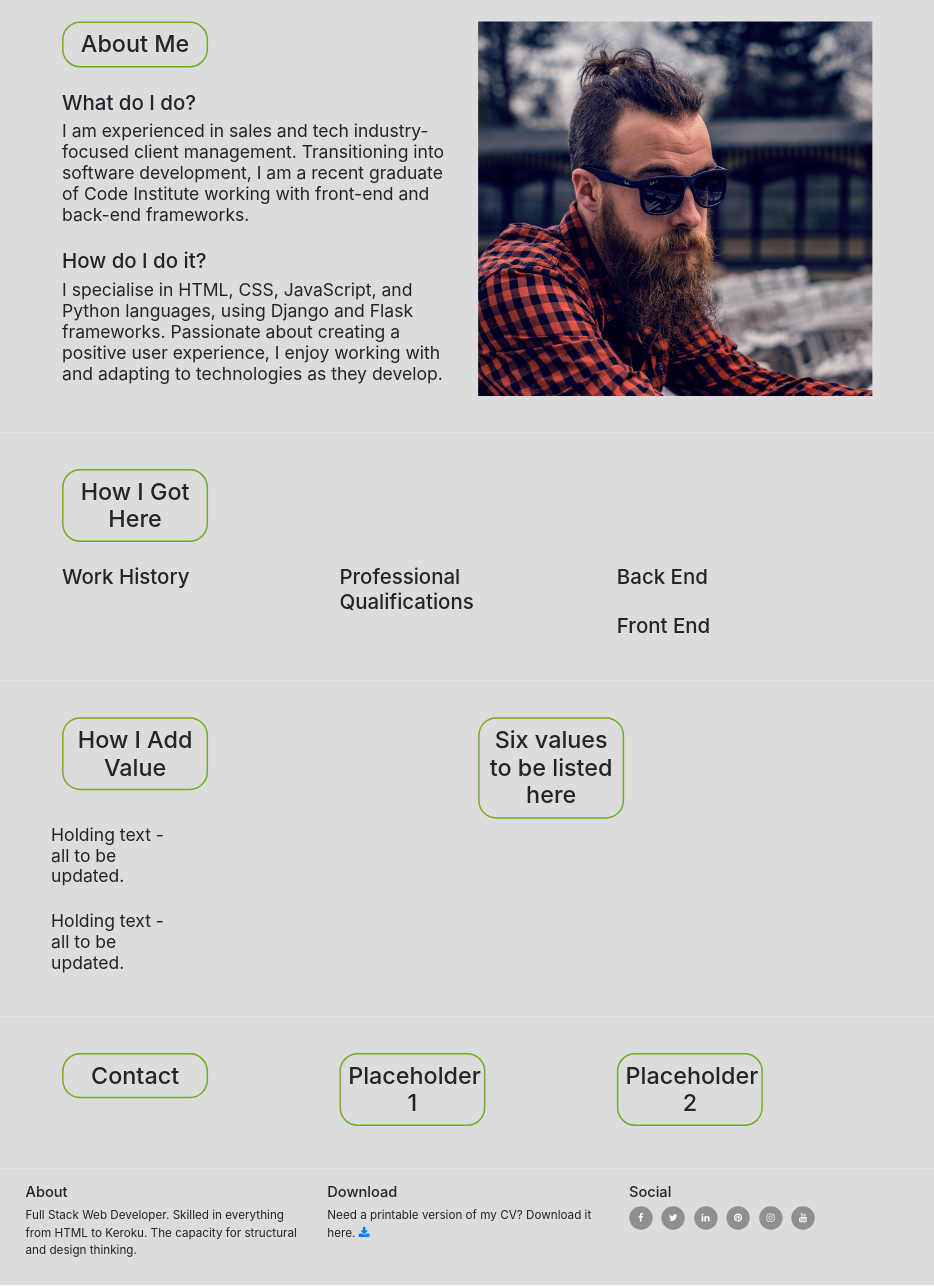
Repository: tenerim/first-milestone
Page: index.html
The author's editor kept a record of every edit. The page is drawn from the files as they stood at one moment, then again after the next edit.
The browser window is 1280 px wide. The pictures show the part of the page from y = 1257 to 3018 px (the page is 3018 px tall), at 73% of full size.
A picture or video elsewhere on the page could not be fetched, so the positions and the page height are approximate.

Above is the page before.

### index.html
<!DOCTYPE html>
<html lang="en">

<head>
    <meta charset="UTF-8">
    <meta name="viewport" content="width=device-width, initial-scale=1.0">
    <meta http-equiv="X-UA-Compatible" content="ie=edge">
    <link rel="stylesheet" href="https://stackpath.bootstrapcdn.com/bootstrap/4.3.1/css/bootstrap.min.css" type="text/css" />
    <link href="https://stackpath.bootstrapcdn.com/bootstrap/4.3.1/css/bootstrap.min.css" rel="stylesheet" integrity="sha384-ggOyR0iXCbMQv3Xipma34MD+dH/1fQ784/j6cY/iJTQUOhcWr7x9JvoRxT2MZw1T" crossorigin="anonymous">
    <link rel="stylesheet" href="https://stackpath.bootstrapcdn.com/font-awesome/4.7.0/css/font-awesome.min.css" type="text/css" />
    <link href="https://stackpath.bootstrapcdn.com/font-awesome/4.7.0/css/font-awesome.min.css" rel="stylesheet" integrity="sha384-wvfXpqpZZVQGK6TAh5PVlGOfQNHSoD2xbE+QkPxCAFlNEevoEH3Sl0sibVcOQVnN" crossorigin="anonymous">
    <link rel="stylesheet" href="assets/css/style.css" type="text/css" />
    <title>MT Milestone Project 1</title>

</head>

<body>
    <!-------------------------------------------------------------Intro Page -->
    <header id="welcome-page">

        <!-------------------------------------Navigation Bar------>

        <nav class="navbar navbar-expand-lg navbar-light bg-light">
            <a class="navbar-brand" href="#"></a>
            <button class="navbar-toggler" type="button" data-toggle="collapse" data-target="#navbarNav" aria-controls="navbarNav" aria-expanded="false" aria-label="Toggle navigation">
	    <span class="navbar-toggler-icon"></span>
	  </button>
            <div class="container">
                <div class="collapse navbar-collapse" id="navbarNav">
                    <ul class="navbar-nav .justify-content-center">
                        <li class="nav-item active">
                            <a class="nav-link" href="#">About Me <span class="sr-only">(current)</span></a>
                        </li>
                        <li class="nav-item">
                            <a class="nav-link" href="#">How I Got Here</a>
                        </li>
                        <li class="nav-item">
                            <a class="nav-link" href="#">How I Add Value</a>
                        </li>
                        <li class="nav-item">
                            <a class="nav-link" href="#">Contact</a>
                        </li>
                        <li class="nav-item">
                            <a class="nav-link disabled" href="#" tabindex="-1" aria-disabled="true"></a>
                        </li>
                    </ul>
                </div>
            </div>
        </nav>
        <!-------------------------------------Image and Text ----->

        <img src="images/city.jpg" alt="city" style="width:100%; height:auto;"></img>

        <div class="container-fluid">
            <div class="row">
                <div class="container">
                    <div class="text-right">
                        <h1 class="display-4">Michael Tenerife</h1>
                        <p class="lead">Full Stack Web Developer</p>
                    </div>
                </div>
            </div>
        </div>

    </header>

    <!-------------------------------------------------------------About Me Page -->

    <section id="about-me" ; class="splash" ;>

        <div class="container">
            <div class="row">
                <div class="col-6">
                    <h2 class="headbox">About Me</h2>
                    <br />
                    <h3>What do I do?</h3>
                    <h4 class="font-weight-normal">I am experienced in sales and tech industry-focused client management. Transitioning into software development, I am a recent graduate of Code Institute working with front-end and back-end frameworks.</h4>
                    <br />
                    <h3>How do I do it?</h3>
                    <h4 class="font-weight-normal">I specialise in HTML, CSS, JavaScript, and Python languages, using Django and Flask frameworks. Passionate about creating a positive user experience, I enjoy working with and adapting to technologies as they develop. </h4>
                </div>
                <div class="col-6">
                    <img src="images/guy-image.png" alt="city" style="width:100%; height:auto;"></img>
                </div>
            </div>
        </div>

    </section>

    <!-------------------------------------------------------------How I Got Here -->


    <Section>

        <div class="container">
            <div class="row">
                <div class="col-4">
                    <h2 class="headbox">How I Got Here</h2>
                    <br />
                </div>
            </div>
        </div>

        <div class="container">
            <div class="row">
                <div class="col-4">
                    <h3>Work History</h3>
                </div>
                <div class="col-4">
                    <h3>Professional Qualifications</h3>
                </div>
                <div class="col-4">
                    <h3>Back End</h3>
                    <br />
                    <h3>Front End</h3>
                </div>
            </div>
        </div>

    </Section>

    <!-------------------------------------------------------------How I Add Value -->

    <Section>

        <div class="container">
            <div class="row">
                <div class="col-6">
                    <h2 class="headbox">How I Add Value</h2>
                </div>

                 <div class="col-6">
                    <h2 class="headbox">Six values to be listed here</h2>
                </div>

                <div class="row">
                    <div class="col-6">
                        <h4 class="font-weight-normal">Holding text - all to be updated.</h4>
                        <br />
                        <h4 class="font-weight-normal">Holding text - all to be updated.</h4>
                    </div>
                </div>

            </div>

    </Section>

    <!-------------------------------------------------------------Contact -->

    <Section>

        <div class="container">
            <div class="row">
                <div class="col">
                    <h2 class="headbox">Contact</h2>
                </div>
                <div class="col">
                    <h2 class="headbox">Placeholder 1</h2>
                </div>
                <div class="col">
                    <h2 class="headbox">Placeholder 2</h2>
                </div>
            </div>
        </div>

    </Section>

    <!-------------------------------------------------------------Footer -->


    <footer class="container-fluid">
        <div id="footer-details" class="row">
            <div class="col-sm-4">
                <h5 class="uppercase general-sub">About</h5>
                <p class "inline-block">
                    Full Stack Web Developer. Skilled in everything from HTML to Keroku. The capacity for structural and design thinking.</p>
            </div>
            <div class="col-sm-4">
                <h5 class="uppercase general-sub">Download</h5>
                <p class "inline-block">
                    Need a printable version of my CV? Download it here.
                    <a href="assets/CV/sample-cv.pdf" target="_blank" class="cv-pdf">
                <i class="fa fa-download" aria-hidden="true"></i>
                <span class="sr-only">Download link.</span>
            </a>
                </p>
            </div>
            <div class="col-sm-4">
                <h5 class="uppercase general-sub">Social</h5>
                <ul class="list-inline social-links">
                    <li class="list-inline-item">
                        <a target="_blank" href="#">
                            <i class="fa fa-facebook" aria-hidden="true"></i>
                            <span class="sr-only">Facebook</span>
                        </a>
                    </li>
                    <li class="list-inline-item">
                        <a target="_blank" href="#">
                            <i class="fa fa-twitter" aria-hidden="true"></i>
                            <span class="sr-only">twitter</span>
                        </a>
                    </li>
                    <li class="list-inline-item">
                        <a target="_blank" href="#">
                            <i class="fa fa-linkedin" aria-hidden="true"></i>
                            <span class="sr-only">LinkedIn</span>
                        </a>
                    </li>
                    </li>
                    <li class="list-inline-item">
                        <a target="_blank" href="#">
                            <i class="fa fa-pinterest" aria-hidden="true"></i>
                            <span class="sr-only">Pinterest</span>
                        </a>
                    </li>
                    </li>
                    <li class="list-inline-item">
                        <a target="_blank" href="#">
                            <i class="fa fa-instagram" aria-hidden="true"></i>
                            <span class="sr-only">Instagram</span>
                        </a>
                    </li>
                    </li>
                    <li class="list-inline-item">
                        <a target="_blank" href="#">
                            <i class="fa fa-youtube" aria-hidden="true"></i>
                            <span class="sr-only">YouTube</span>
                        </a>
                    </li>
                </ul>
            </div>
        </div>



    </footer>

</body>

</html>

### assets/css/style.css
.container-fluid {
    background-color: rgb(220, 220, 220);
}

section {
        background-color: rgb(220, 220, 220);
        padding-top: 50px;
        padding-bottom: 50px;
}

.splash {
       background-color: rgb(220, 220, 220);
}


.display-4 {
    padding-top: 50px;
}


.lead {
    padding-bottom: 50px;
}


.headbox {
    border-radius: 25px;
    border: 2px solid #73AD21;
    padding: 10px;
    text-align: center;
    width: 200px;

}



/*--------------------------------------Footer-----*/

.social-links {
    padding-bottom: 15px;
}

.social-links li a i {
    width: 32px;
    height: 32px;
    padding: 12px 0;
    border-radius: 50%;
    font-size: 13px;
    line-height: 7px;
    text-align: center;
    color: #fafafa;
    background: #8f8f8f;
    transition: all 0.35s ease-in-out;
    -moz-transition: all 0.35s ease-in-out;
    -webkit-transition: all 0.35s ease-in-out;
    -o-transition: all 0.35s ease-in-out;
}

.social-links li a i:hover {
    background: #e84610;
}

#footer-details {
    padding: 20px;
}

After the next edit:
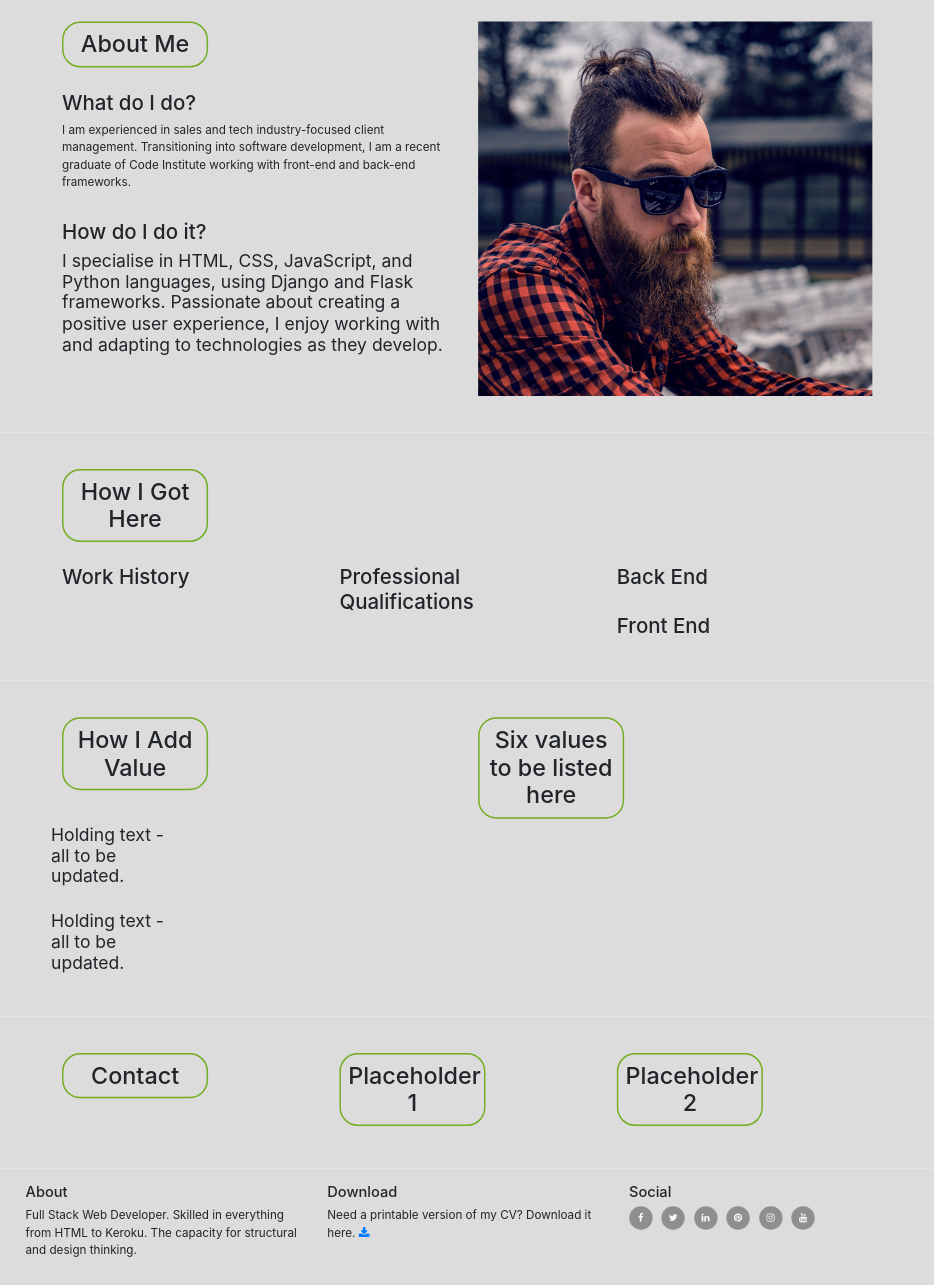
The edit:
--- a/index.html
+++ b/index.html
@@ -74,7 +74,7 @@
                     <h2 class="headbox">About Me</h2>
                     <br />
                     <h3>What do I do?</h3>
-                    <h4 class="font-weight-normal">I am experienced in sales and tech industry-focused client management. Transitioning into software development, I am a recent graduate of Code Institute working with front-end and back-end frameworks.</h4>
+                    <p class="font-weight-normal">I am experienced in sales and tech industry-focused client management. Transitioning into software development, I am a recent graduate of Code Institute working with front-end and back-end frameworks.</p>
                     <br />
                     <h3>How do I do it?</h3>
                     <h4 class="font-weight-normal">I specialise in HTML, CSS, JavaScript, and Python languages, using Django and Flask frameworks. Passionate about creating a positive user experience, I enjoy working with and adapting to technologies as they develop. </h4>
